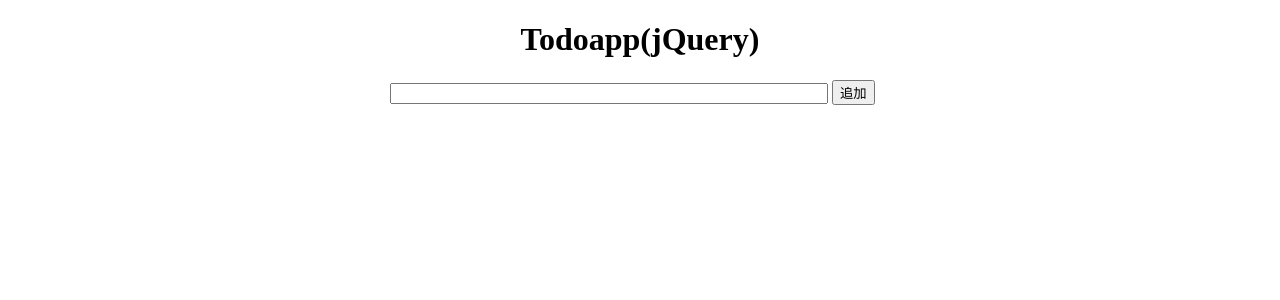
Repository: shinyahayashi1103/Todoapp-jQuery
Page: index.html
The author's editor kept a record of every edit. The page is drawn from the files as they stood at one moment, then again after the next edit.
The browser window is 1280 px wide. The pictures show the whole page.

Above is the page before.

After the next edit:
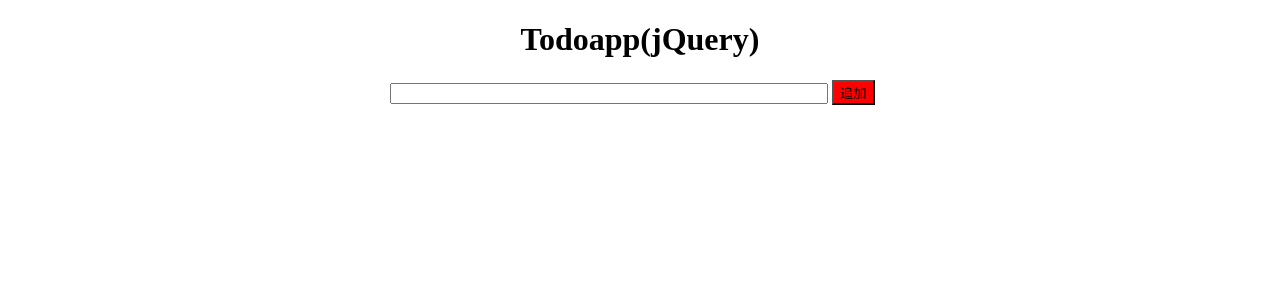
The edit:
--- a/style.css
+++ b/style.css
@@ -20,6 +20,10 @@
     list-style-type: none;
 }
 
+#add-buton{
+    background-color: red;
+}
+
 .item{
     padding:10px;
     border:1px solid black;
